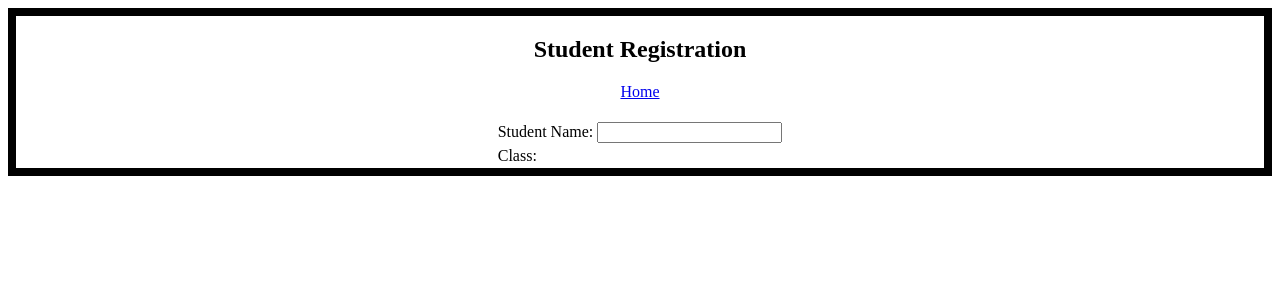
Repository: priyankagit8692/Phase_2_SimpliLearn-
Page: http://localhost/LearnerAcademyProject/AddStudent.jsp
An editor plug-in stored every save of this project. The page is shown before and after the next save, followed by the edit.
The browser window is 1280 px wide. The pictures show the whole page.
The page is served by Tomcat 9. Other server files are loaded and not shown.

Above is the page before, as saved 2021-03-18 08:23:33.

### FinalProjectPhase2/LearnerAcademyProject/WebContent/AddStudent.jsp
<%@ page language="java" contentType="text/html; charset=ISO-8859-1"
    pageEncoding="ISO-8859-1"%>
<!DOCTYPE html>
<html>
<head>
<meta charset="ISO-8859-1">
<title>Add student</title>
</head>
<body>
<div align="center" style="border: solid 8px black">
<h2>Student Registration</h2>


        <a href="MainHomePage.jsp">Home</a><br><br>
        <form action="addStudent" method="post">
        <table>
         <tr>
           <td>Student Name:</td>
           <td><input type="text" name="name"/></td>
         </tr>
        <tr>
          <td>Class:</td>
           <%

           %>
</body>
</html>

After the next save:
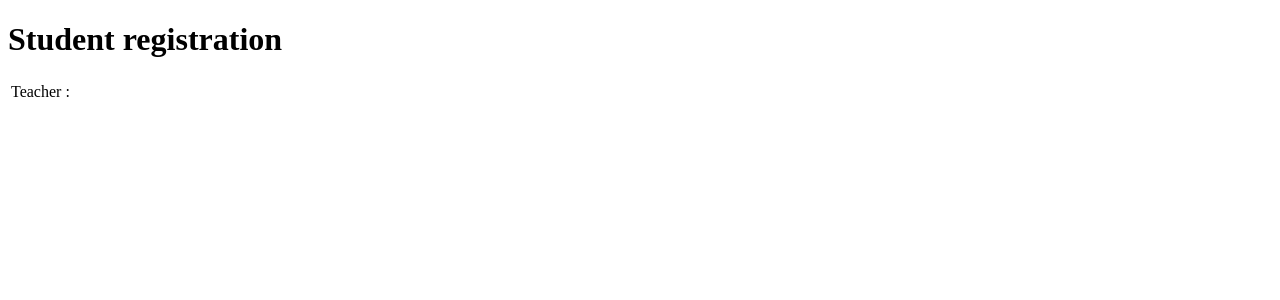
Saved 94 s later.
--- a/FinalProjectPhase2/LearnerAcademyProject/WebContent/AddStudent.jsp
+++ b/FinalProjectPhase2/LearnerAcademyProject/WebContent/AddStudent.jsp
@@ -3,25 +3,20 @@
 <!DOCTYPE html>
 <html>
 <head>
-<meta charset="ISO-8859-1">
-<title>Add student</title>
+    <title>Add student</title>
 </head>
 <body>
-<div align="center" style="border: solid 8px black">
-<h2>Student Registration</h2>
+<h1>Student registration</h1>
 
 
-        <a href="MainHomePage.jsp">Home</a><br><br>
-        <form action="addStudent" method="post">
-        <table>
-         <tr>
-           <td>Student Name:</td>
-           <td><input type="text" name="name"/></td>
-         </tr>
+<form action="addStudent" method="post">
+    <table>
         <tr>
-          <td>Class:</td>
-           <%
-
-           %>
+            <td>Teacher :</td>
+            <td>
+            </td>
+        </tr>
+    </table>
+</form>
 </body>
 </html>
